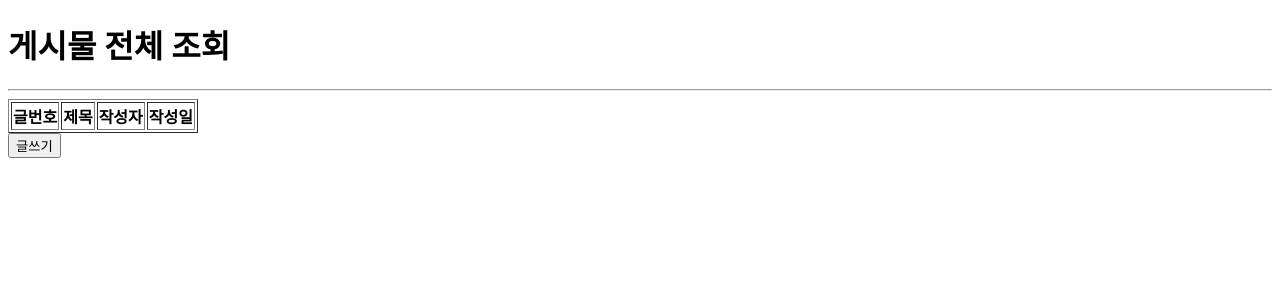
Repository: loseminho/khAcademy-Study
Page: http://localhost/02_SpringMVC_CRUD/boardList.do
These files come from the project's save history. The page is drawn as it stood at one moment and after the next save; the edit follows.
The browser window is 1280 px wide. The pictures show the whole page.
The page is served by Tomcat 9. Other server files are loaded and not shown. Queries for data that is not in the repository find no rows.

Above is the page before, as saved 2022-10-04 02:03:42.
Console error (its wording comes from the project's code and is left out).

### spring/workspace-sts-3.9.13.RELEASE/02_SpringMVC_CRUD/src/main/webapp/WEB-INF/views/board/boardList.jsp
<%@ page language="java" contentType="text/html; charset=UTF-8"
    pageEncoding="UTF-8"%>
    <%@ taglib uri="http://java.sun.com/jsp/jstl/core" prefix="c" %>
<!DOCTYPE html>
<html>
<head>
<meta charset="UTF-8">
<title>Insert title here</title>
</head>
<body>
	<h1>게시물 전체 조회</h1>
	<hr>
	<table border="1">
		<tr>
			<th>글번호</th>
			<th>제목</th>
			<th>작성자</th>
			<th>작성일</th>
		</tr>
		<c:forEach items="${list }" var="b">
			<tr>
				<td>${b.boardNo }</td>
				<td>${b.boardTitle }</td>
				<td>${b.boardWriter }</td>
				<td>${b.boardDate }</td>
			</tr>
		</c:forEach>
	</table>
	<button type="button" onClick="/boardWriteFrm.do">글쓰기</button>

</body>
</html>

### spring/workspace-sts-3.9.13.RELEASE/02_SpringMVC_CRUD/src/main/java/kr/or/board/model/vo/BoardRowmapper.java
package kr.or.board.model.vo;

import java.sql.ResultSet;
import java.sql.SQLException;

import org.springframework.jdbc.core.RowMapper;

public class BoardRowmapper implements RowMapper{
	@Override
	public Object mapRow(ResultSet rset, int rowNum) throws SQLException{
		Board b = new Board();
		b.setBoardNo(rset.getInt("board_no"));
		b.setBoardTitle(rset.getString("board_title"));
		b.setBoardWriter(rset.getString("board_writer"));
		b.setBoardContent(rset.getString("board_content"));
		b.setBoardDate(rset.getString("board_date"));
		return b;
	}
}

After the next save:
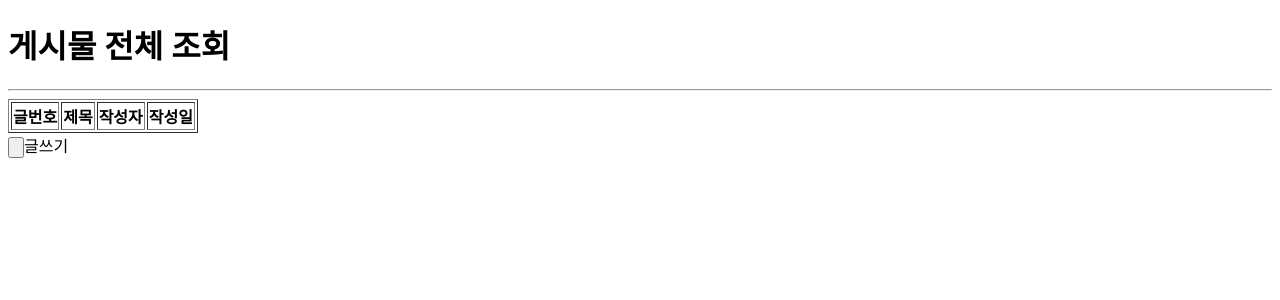
Saved 11 s later.
--- a/spring/workspace-sts-3.9.13.RELEASE/02_SpringMVC_CRUD/src/main/webapp/WEB-INF/views/board/boardList.jsp
+++ b/spring/workspace-sts-3.9.13.RELEASE/02_SpringMVC_CRUD/src/main/webapp/WEB-INF/views/board/boardList.jsp
@@ -26,7 +26,7 @@
 			</tr>
 		</c:forEach>
 	</table>
-	<button type="button" onClick="/boardWriteFrm.do">글쓰기</button>
+	<input type="button" onClick="/boardWriteFrm.do">글쓰기</button>
 
 </body>
 </html>

After the 2 saves that followed:
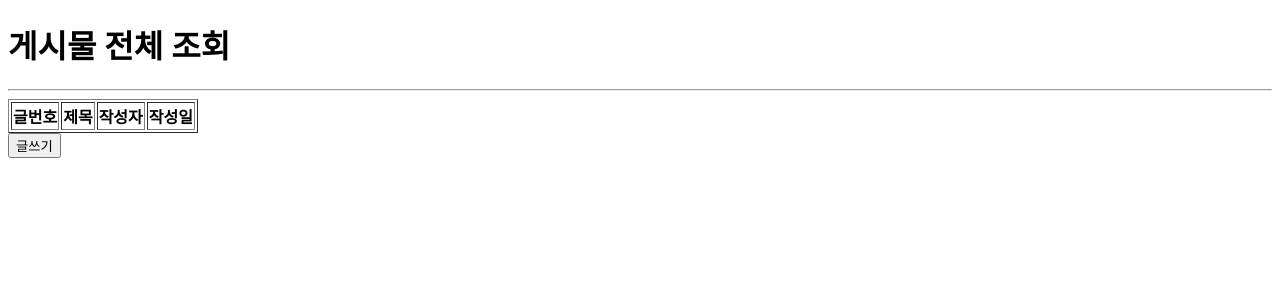
The 2 saves are shown as one change because 1 left the picture as it was.
The last was saved 20 s later.
--- a/spring/workspace-sts-3.9.13.RELEASE/02_SpringMVC_CRUD/src/main/webapp/WEB-INF/views/board/boardList.jsp
+++ b/spring/workspace-sts-3.9.13.RELEASE/02_SpringMVC_CRUD/src/main/webapp/WEB-INF/views/board/boardList.jsp
@@ -26,7 +26,7 @@
 			</tr>
 		</c:forEach>
 	</table>
-	<input type="button" onClick="/boardWriteFrm.do">글쓰기</button>
+	<input type="button" onClick="/boardWriteFrm.do" value="글쓰기"></input>
 
 </body>
 </html>
